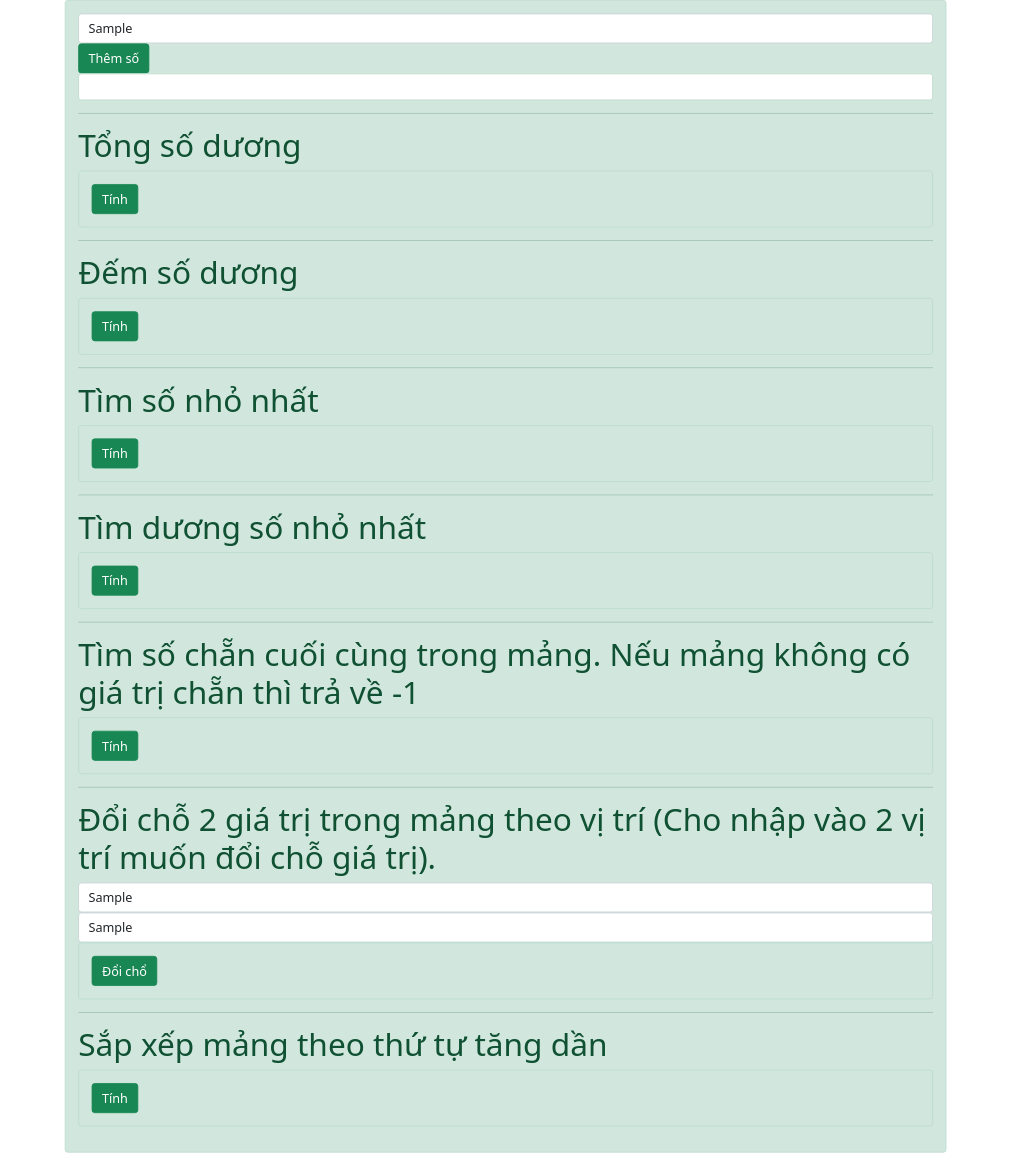
Repository: qkhanh1104k/Js-buoi7-8
Page: index.html
The author's editor kept a copy of each file at every save. The page is drawn from the files as they stood at one save, then again after the next save.
The browser window is 1280 px wide. The pictures show the whole page, at 79% of full size.
Empty fields were first filled with sample values (such as "Sample", 5 or name@example.com).
After loading, the first visible `#resBt8 > button` was clicked once.

Above is the page before, as saved 2022-07-26 21:51:35.
Console error: ReferenceError: rangeMoveUp is not defined

### index.html
<!DOCTYPE html>
<html lang="en">
  <head>
    <meta charset="UTF-8" />
    <meta http-equiv="X-UA-Compatible" content="IE=edge" />
    <meta name="viewport" content="width=device-width, initial-scale=1.0" />
    <title>Document</title>
    <link
      href="https://cdn.jsdelivr.net/npm/bootstrap@5.1.3/dist/css/bootstrap.min.css"
      rel="stylesheet"
      integrity="sha384-1BmE4kWBq78iYhFldvKuhfTAU6auU8tT94WrHftjDbrCEXSU1oBoqyl2QvZ6jIW3"
      crossorigin="anonymous"
    />
  </head>
  <body>
    <div class="container">
      <div>
        <div class="alert alert-success">
          <input
            type="text"
            placeholder="Nhập số n"
            id="txtNum"
            class="form-control"
          />
          <button class="btn btn-success" onclick="addNum()">Thêm số</button>
          <div
            class="alert alert-success"
            id="resultBt1"
            style="background-color: #fff"
          ></div>
          <hr />
          <h1>Tổng số dương</h1>
          <div>
            <div class="alert alert-success" id="resBt2">
              <button class="btn btn-success" onclick="calcSumNegative()">
                Tính
              </button>
            </div>
          </div>
          <hr />
          <h1>Đếm số dương</h1>
          <div>
            <div class="alert alert-success" id="resBt3">
              <button class="btn btn-success" onclick="calcCountNegative()">
                Tính
              </button>
            </div>
          </div>
          <hr />
          <h1>Tìm số nhỏ nhất</h1>
          <div>
            <div class="alert alert-success" id="resBt4">
              <button class="btn btn-success" onclick="calcTheSmallest()">
                Tính
              </button>
            </div>
          </div>
          <hr />
          <h1>Tìm dương số nhỏ nhất</h1>
          <div>
            <div class="alert alert-success" id="resBt5">
              <button class="btn btn-success" onclick="calcTheSmallestNev()">
                Tính
              </button>
            </div>
          </div>
          <hr />
          <h1>
            Tìm số chẵn cuối cùng trong mảng. Nếu mảng không có giá trị chẵn thì
            trả về -1
          </h1>
          <div>
            <div class="alert alert-success" id="resBt6">
              <button class="btn btn-success" onclick="findLastEven()">
                Tính
              </button>
            </div>
          </div>
          <hr />
          <h1>
            Đổi chỗ 2 giá trị trong mảng theo vị trí (Cho nhập vào 2 vị trí muốn
            đổi chỗ giá trị).
          </h1>
          <div>
            <input
              type="text"
              placeholder="Nhập số n"
              id="txtNumBt6"
              class="form-control"
            />
            <input
              type="text"
              placeholder="Nhập số n"
              id="txtNumBt62"
              class="form-control"
            />
            <div class="alert alert-success" id="resBt7">
              <button class="btn btn-success" onclick="swappedNum()">
                Đổi chổ
              </button>
            </div>
          </div>
          <hr>
          <h1>Sắp xếp mảng theo thứ tự tăng dần</h1>
          <div>
            <div class="alert alert-success" id="resBt8">
              <button class="btn btn-success" onclick="rangeMoveUp()">Tính</button>
            </div>
          </div>
        </div>
      </div>
    </div>
    <script src="./index.js"></script>
  </body>
</html>

### index.js
var txtNum = [];
function addNum() {
  var inputNum = document.getElementById("txtNum").value * 1;
  txtNum.push(inputNum);
  document.getElementById("resultBt1").innerHTML = txtNum;
}
// ex1:tính tổng số dương
function calcSumNegative() {
  var sum = 0;
  for (var i = 0; i < txtNum.length; i++) {
    if (txtNum[i] > 0) {
      sum += txtNum[i];
    }
  }
  document.getElementById("resBt2").innerHTML = sum;
}
// ex2:đếm só dương
function calcCountNegative() {
  var sum = 0;
  for (var i = 0; i < txtNum.length; i++) {
    if (txtNum[i] > 0) {
      sum++;
    }
  }
  document.getElementById("resBt3").innerHTML = sum;
}
// ex3:tìm số nhỏ nhất
function calcTheSmallest() {
  var min = txtNum[0];
  for (var i = 1; i < txtNum.length; i++) {
    if (min > txtNum[i]) {
      min = txtNum[i];
    }
  }
  document.getElementById("resBt4").innerHTML = min;
}
// ex 4:tìm số dương nhỏ nhất
function calcTheSmallestNev() {
  var min = txtNum[0];
  for (var i = 1; i < txtNum.length; i++) {
    if (min > txtNum[i] && txtNum[i] > 0) {
      min = txtNum[i];
    }
  }
  document.getElementById("resBt5").innerHTML = min;
}

// ex5:Tìm số chẵn cuối cùng trong mảng. Nếu mảng không có giá trị chẵn thì trả về -1.
function checkEven(n) {
  var flag = 1;
  if (n % 2 == 0) {
    flag = 0;
  }
  return flag;
}
function findLastEven() {
  var num1;
  for (var i = txtNum.length - 1; i >= 0; i--) {
    //i= 5
    if (checkEven(txtNum[i]) == 1) {
      num1 = txtNum[i];
      return num1;
    } else {
      return -1;
    }
  }
  document.getElementById("resBt6").innerHTML = num1;
}

// ex6:Đổi chỗ 2 giá trị trong mảng theo vị trí (Cho nhập vào 2 vị trí muốn đổi chỗ giá trị).
function swappedNum() {
  var k = +document.getElementById("txtNumBt6").value;
  var g = +document.getElementById("txtNumBt62").value;
  var num1 = txtNum[k];
  txtNum[k] = txtNum[g];
  txtNum[g] = num1;
  document.getElementById("resBt7").innerHTML = txtNum;

}

After the next save:
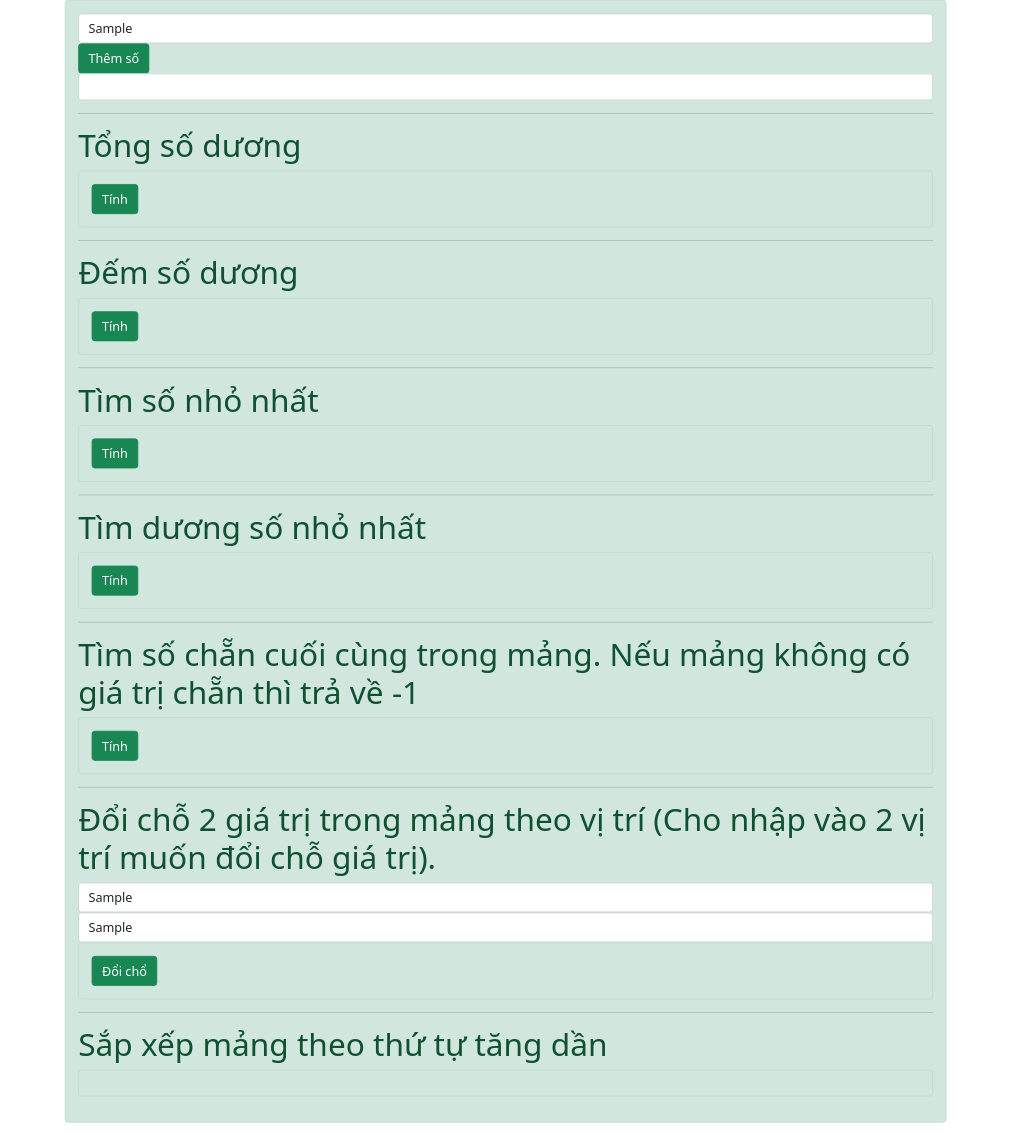
The error is gone.
Saved 8 min 11 s later.
--- a/index.js
+++ b/index.js
@@ -75,5 +75,25 @@ function swappedNum() {
   txtNum[k] = txtNum[g];
   txtNum[g] = num1;
   document.getElementById("resBt7").innerHTML = txtNum;
+}
+// ex7:Sắp xếp mảng theo thứ tự tăng dần.
+
+function rangeMoveUp() {
+  for (var k = txtNum.length - 1; k >= 0; k--) {
+    var isSwapped = false;
+    for (var i = 0; i < k; i++) {
+      if (txtNum[i] > txtNum[i + 1]) {
+        var temp = txtNum[i];
+        txtNum[i] = txtNum[i + 1];
+        txtNum[i + 1] = temp;
+        isSwapped = true;
+      }
+    }
+    if (isSwapped === false) {
+      document.getElementById("resBt8").innerHTML = txtNum;
+      return
+    }
+  }
+  document.getElementById("resBt8").innerHTML = txtNum;
 
 }
